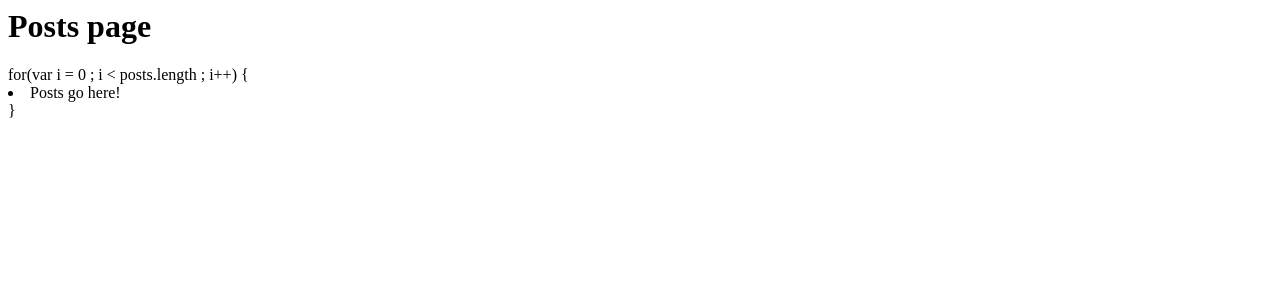
Repository: cuauhtlahuac/WebAppsPractices
Page: http://localhost/posts
The author's editor kept a record of every edit. The page is drawn from the files as they stood at one moment, then again after a run of edits.
The browser window is 1280 px wide. The pictures show the whole page.
The page is served by the project's Node server (MoreExpress/EjsDemo/app.js).

Above is the page before.

### workspaceEnglish/MoreExpress/EjsDemo/views/posts.ejs
<h1>Posts page</h1>

for(var i = 0 ; i < posts.length ; i++)
{

<li>Posts go here!</li>

}

### workspaceEnglish/MoreExpress/EjsDemo/app.js
var express = require("express");

var app = express();


app.use(express.static("public"));       //serves public directory for app.css

app.set("view engine", "ejs");

app.get("/", function(req, res){

    res.render("home");  //so that we don't have to write ejs after each template name

});


app.get("/youfellinlovewith/:thing", function(req, res){


    var thing = req.params.thing;

    res.render("love" , {
        thingVar : thing
    });


});


app.get("/posts", function(req, res){

    var posts = [{title: "Post 1", author: "Suzy"},

    {title: "Post 2", author: "Charlie"},

    {title: "Post 3", author: "Colt"}


        ];

        res.render("posts",{posts:posts});

});

















app.listen(process.env.PORT, process.env.IP, function(){

    console.log("Server is running");
})

After the next 2 edits:
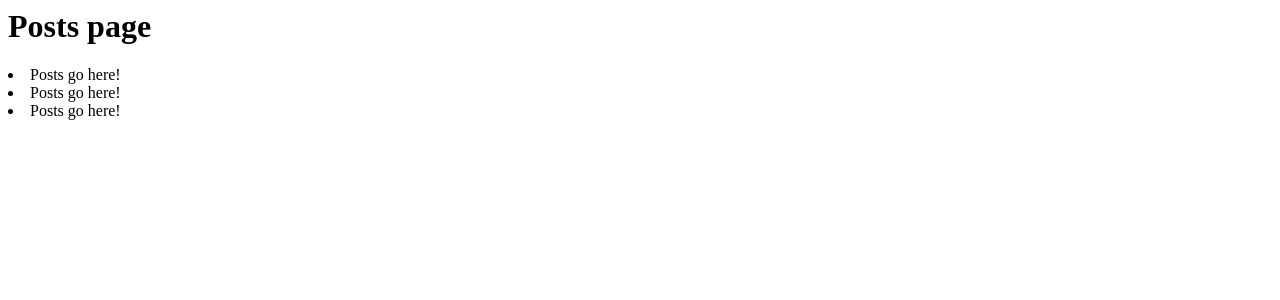
The 2 edits are shown as one change because 1 did not build or start.
The edit:
--- a/workspaceEnglish/MoreExpress/EjsDemo/views/posts.ejs
+++ b/workspaceEnglish/MoreExpress/EjsDemo/views/posts.ejs
@@ -1,8 +1,7 @@
 <h1>Posts page</h1>
 
-for(var i = 0 ; i < posts.length ; i++)
-{
+<% for(var i = 0 ; i < posts.length ; i++){ %>
 
 <li>Posts go here!</li>
 
-}
+<% } %>
